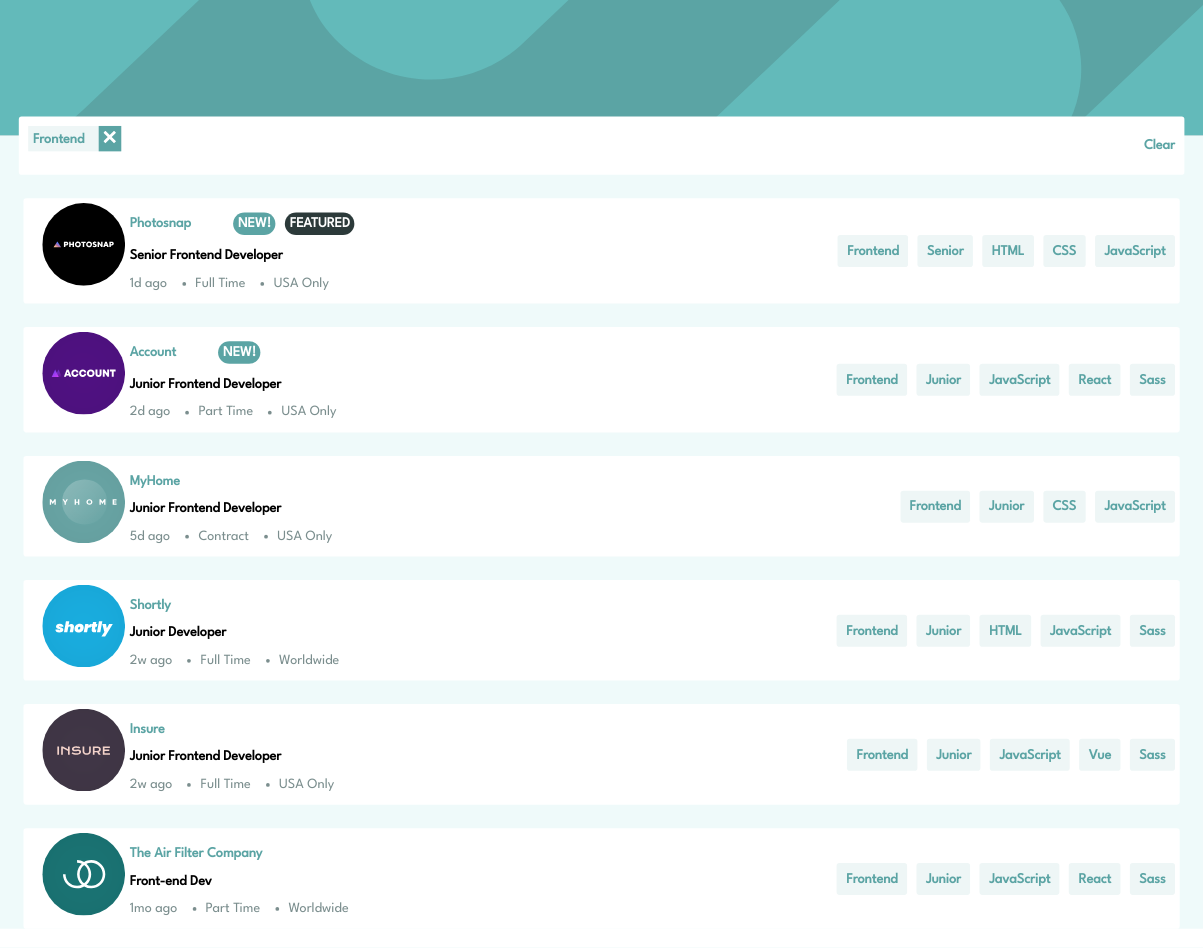
Repository: DevLaukey/job-listing
Page: /, after clicking the first element matching `div.category`
These files come from the project's save history. The page is drawn as it stood at one moment and after the next save; the edit follows.
The browser window is 1280 px wide. The pictures show the whole page, at 94% of full size.
Some web fonts or font styles are not loaded; a fallback is used. The project was rebuilt for these pictures with package versions that can differ from the ones it lists, and the page was loaded fresh each time.

Above is the page before, as saved 2022-06-06 00:45:00.

### public/index.html
<!DOCTYPE html>
<html lang="en">
  <head>
    <meta charset="utf-8" />
    <link rel="icon" href="%PUBLIC_URL%/favicon.ico" />
    <meta name="viewport" content="width=device-width, initial-scale=1" />
    <meta name="theme-color" content="#000000" />
    <meta
      name="description"
      content="Web site created using create-react-app"
    />
    <link rel="apple-touch-icon" href="%PUBLIC_URL%/logo192.png" />
    <!--
      manifest.json provides metadata used when your web app is installed on a
      user's mobile device or desktop. See https://developers.google.com/web/fundamentals/web-app-manifest/
    -->
    <link rel="manifest" href="%PUBLIC_URL%/manifest.json" />
    <!--
      Notice the use of %PUBLIC_URL% in the tags above.
      It will be replaced with the URL of the `public` folder during the build.
      Only files inside the `public` folder can be referenced from the HTML.

      Unlike "/favicon.ico" or "favicon.ico", "%PUBLIC_URL%/favicon.ico" will
      work correctly both with client-side routing and a non-root public URL.
      Learn how to configure a non-root public URL by running `npm run build`.
    -->
    <title>Job listings</title>
  </head>
  <body>
    <noscript>You need to enable JavaScript to run this app.</noscript>
    <div id="root"></div>
    <!--
      This HTML file is a template.
      If you open it directly in the browser, you will see an empty page.

      You can add webfonts, meta tags, or analytics to this file.
      The build step will place the bundled scripts into the <body> tag.

      To begin the development, run `npm start` or `yarn start`.
      To create a production bundle, use `npm run build` or `yarn build`.
    -->
  </body>
</html>

### src/App.js
import { useState } from "react";
import "./App.css";
import Filter from "./components/Filter";
import Header from "./components/Header";
import Tablet from "./components/Tablet";
import data from "./data.json";

function App() {
  const [tagList, setTagList] = useState([]);


    function filterTag(e) {
      if (tagList.length === 0) {
        return true;
      } else {
        let jobTags = [e.role, e.level, ...e.languages, ...e.tools];

        return tagList.every((tag) => jobTags.includes(tag));
      }
    }
  // const tablets = data.map((data) =>
  // (<Tablet
  //   key={data.id}
  //   company={data.company}
  //   neew={data.new}
  //   featured={data.featured}
  //   position={data.position}
  //   role={data.role}
  //   level={data.level}
  //   postedAt={data.postedAt}
  //   contract={data.contract}
  //   location={data.location}
  //   languages={data.languages}
  //   tools={data.tools}
  //   logo={data.logo} />));


  return (
    <div className="App">
      <Header onClick={setTagList} tagList={tagList} />
      {data
        .filter((e) => filterTag(e))
        .map((e, id) => (
          <Tablet onClick={setTagList} tagList={tagList} key={id} data={e} />
        ))}
      {/* <Filter />
      <div className="content">{tablets}</div> */}
    </div>
  );
}

export default App;

### src/App.css
@import url('https://fonts.googleapis.com/css2?family=Grape+Nuts&family=League+Spartan&display=swap');
*{
  margin: 0;
  padding: 0;
  box-sizing: border-box;
}
.App{
  background-color: hsl(180, 52%, 96%);
  font-size: 15px;
}

### src/components/Filter.js
function Filter(Props) {
  function handleClick(tagNameTarget) {
    Props.onClick(Props.tagList.filter((tag) => tag !== tagNameTarget));
  }

  if (Props.tagList.length === 0) {
    return "";
  } else {
    return (
      <div className="tablet filter">
        {Props.tagList.map((e, id) => (
          <div className="option">
            <p className="front-end" key={id}>
              {e}
            </p>
            <div className="icon" onClick={() => handleClick(e)}>
              <svg xmlns="http://www.w3.org/2000/svg" width="14" height="14">
                <path
                  fill="#FFF"
                  fill-rule="evenodd"
                  d="M11.314 0l2.121 2.121-4.596 4.596 4.596 4.597-2.121 2.121-4.597-4.596-4.596 4.596L0 11.314l4.596-4.597L0 2.121 2.121 0l4.596 4.596L11.314 0z"
                />
              </svg>
            </div>
          </div>
        ))}
        <p className="clear" onClick={() => Props.onClick([])}>
          Clear
        </p>
      </div>
    );
  }
}

export default Filter;

### src/components/Header.js
import React from 'react'
import Filter from './Filter'
import "./styles.css"

function Header(Props) {
  return (
    <>
      <header className="header"></header>
      <Filter onClick={Props.onClick} tagList={Props.tagList} />
    </>
  );
}

export default Header

### src/components/Tablet.js
import "./styles.css";
import Tagbox from "./Tagbox";

function Tablet(props) {
    let {logo, company, featured, position, postedAt, contract, location,level, role, languages, tools} = props.data;

  let neew = props.data.new;
  return (
    <div className="tablet ">
      <div className="tablet_content">
        <div className="desktop">
          <img className="image" src={logo} alt="" />
          <div className="block">
            <div className="heading">
              <div className="company">
                <p>{company}</p>
              </div>
              <div>{neew && <p className="new">NEW!</p>}</div>
              <div>{featured && <p className="featured">FEATURED</p>}</div>
            </div>

            <div className="title">
              <p>{position}</p>
            </div>
            <div className="details">
              <p>{postedAt}</p>
              <ul className="list">
                <li>{contract}</li>
                <li className="country">{location}</li>
              </ul>
            </div>
          </div>
        </div>
        <hr className="line" />
      </div>
      <div className="tags">
        <Tagbox
          onClick={props.onClick}
          tagList={props.tagList}
          tagName={role}
        />
        <Tagbox
          onClick={props.onClick}
          tagList={props.tagList}
          tagName={level}
        />
        {languages.map((e, id) => (
          <Tagbox
            onClick={props.onClick}
            tagList={props.tagList}
            key={`${id}_${id}_languages`}
            tagName={e}
          />
        ))}
        {tools.map((e, id) => (
          <Tagbox
            onClick={props.onClick}
            tagList={props.tagList}
            key={`${id}_${id}_tools`}
            tagName={e}
          />
        ))}
      </div>
    </div>
  );
}

export default Tablet;

### src/components/styles.css
.header {
  background-image: url(../assets/bg-header-mobile.svg);
  padding: 10vh;
  background-color: hsl(180, 29%, 50%);
}
.tablet {
  background-color: white;
  margin: 25px 25px 20px 25px;
  font-family: "League Spartan", sans-serif;
  border-radius: 3px;
  font-weight: 700;
}
.tablet:hover {
  transition: 0.2s ease-in-out;
  border-left: 3px solid hsl(180, 29%, 50%);
}
.tablet_content {
  margin-left: 15px;
  margin-right: 30px;
  align-items: center;
}
.image {
  height: 50px;
  margin-top: -20px;
}
.heading {
  margin-top: 15px;
  display: flex;
}
.company {
  color: hsl(180, 29%, 50%);
  margin-right: 3em;
  margin-top: 5px;
}
.new {
  background-color: hsl(180, 29%, 50%);
  padding: 5px;
  color: white;
  border-radius: 25px;
  margin-right: 10px;
}
.featured {
  background-color: hsl(180, 14%, 20%);
  padding: 5px;
  color: white;
  border-radius: 25px;
}
.title {
  margin-top: 15px;
}
.title:hover {
  cursor: pointer;
  color: hsl(180, 29%, 50%);
}
.details {
  display: flex;
  color: hsl(180, 8%, 52%);
  font-weight: 400;
  margin-top: 15px;
  margin-bottom: 15px;
}
.list {
  display: flex;
  margin-left: 2em;
}
.country {
  margin-left: 2em;
}
.line {
  margin-bottom: 15px;
  color: gray;
}
.tags {
  color: hsl(180, 29%, 50%);
  display: flex;
  flex-wrap: wrap;
}
.category {
  background-color: hsl(180, 31%, 95%);
  padding: 10px;
  border-radius: 3px;
  margin: 5px;
}

.filter {
  display: flex;
  padding: 10px;
  border-radius: 3px;
  margin: -20px 20px 5px 20px;
  flex-wrap: wrap;
  justify-content: flex-start;
}
.option {
  background-color: hsl(180, 31%, 95%);
  color: hsl(180, 29%, 50%);
  display: flex;
  flex-wrap: wrap;
  align-items: center;
  justify-content:center;
  margin-bottom: 15px;
}
.front-end {
  padding: 5px;
}
.icon {
  margin-left: 10px;
  flex-grow: 1;
  height: 100%;
  padding: 5px;
  background-color: hsl(180, 29%, 50%);
}
.icon:hover {
  background-color: hsl(180, 14%, 20%);
  transition: 0.2s ease-in-out;
}
.clear {
  color: hsl(180, 29%, 50%);
}
.clear:hover {
  cursor: pointer;
  padding: 3px;
  text-decoration: underline;
  transition: 0.2s ease-in-out;
}
.desktop {
  display: block;
}
.category:hover {
  transition: 0.2s ease-in-out;
  cursor: pointer;
  background-color: hsl(180, 29%, 50%);
  color: white;
}
/* media query */

@media screen and (min-width: 768px) {
  .header {
    background-image: url(../assets/bg-header-desktop.svg);
  }
  .line {
    display: none;
  }
  .tablet {
    display: flex;
    align-items: center;
    justify-content: space-between;
  }
  .desktop {
    display: flex;
  }
  .image {
    margin: 0;
    padding: 5px;
    height: 100%;
  }
}

### src/components/Tagbox.js
import React from "react";

function Tagbox(Props) {
  function handleClick() {
    if (Props.tagList.includes(Props.tagName)) {
      return;
    } else {
      Props.onClick([...Props.tagList, Props.tagName]);
    }
  }
  return <div class="category" onClick={handleClick}> {Props.tagName}</div>;
}

export default Tagbox;

Loaded but not shown: src/index.js (common file); src/index.css (common file); src/reportWebVitals.js (common file); src/data.json (common file)

After the next save:
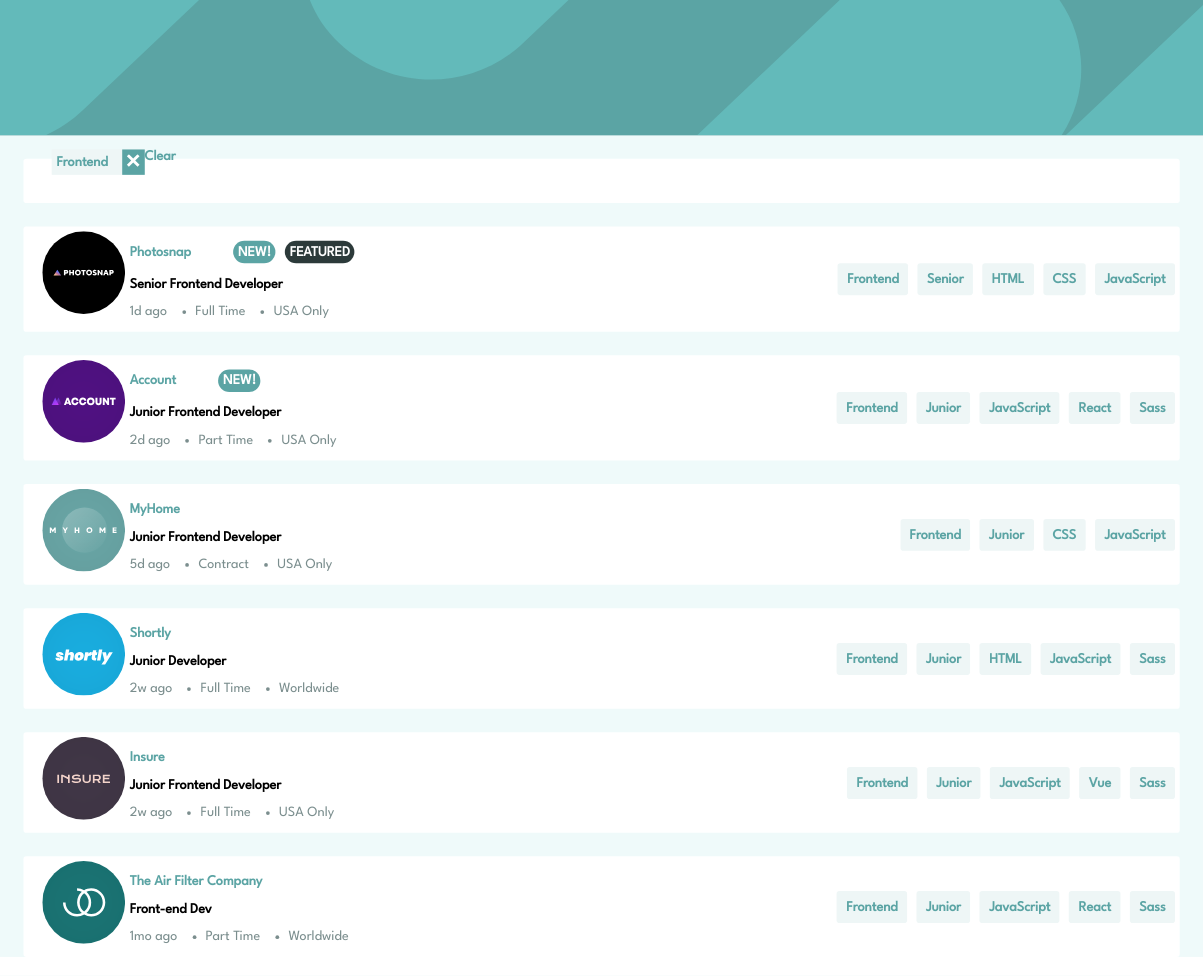
Saved 41 s later.
--- a/src/components/Filter.js
+++ b/src/components/Filter.js
@@ -7,26 +7,28 @@ function Filter(Props) {
     return "";
   } else {
     return (
-      <div className="tablet filter">
-        {Props.tagList.map((e, id) => (
-          <div className="option">
-            <p className="front-end" key={id}>
-              {e}
-            </p>
-            <div className="icon" onClick={() => handleClick(e)}>
-              <svg xmlns="http://www.w3.org/2000/svg" width="14" height="14">
-                <path
-                  fill="#FFF"
-                  fill-rule="evenodd"
-                  d="M11.314 0l2.121 2.121-4.596 4.596 4.596 4.597-2.121 2.121-4.597-4.596-4.596 4.596L0 11.314l4.596-4.597L0 2.121 2.121 0l4.596 4.596L11.314 0z"
-                />
-              </svg>
+      <div className="tablet">
+        <div className="filter">
+          {Props.tagList.map((e, id) => (
+            <div className="option">
+              <p className="front-end" key={id}>
+                {e}
+              </p>
+              <div className="icon" onClick={() => handleClick(e)}>
+                <svg xmlns="http://www.w3.org/2000/svg" width="14" height="14">
+                  <path
+                    fill="#FFF"
+                    fill-rule="evenodd"
+                    d="M11.314 0l2.121 2.121-4.596 4.596 4.596 4.597-2.121 2.121-4.597-4.596-4.596 4.596L0 11.314l4.596-4.597L0 2.121 2.121 0l4.596 4.596L11.314 0z"
+                  />
+                </svg>
+              </div>
             </div>
-          </div>
-        ))}
-        <p className="clear" onClick={() => Props.onClick([])}>
-          Clear
-        </p>
+          ))}
+          <p className="clear" onClick={() => Props.onClick([])}>
+            Clear
+          </p>
+        </div>
       </div>
     );
   }
